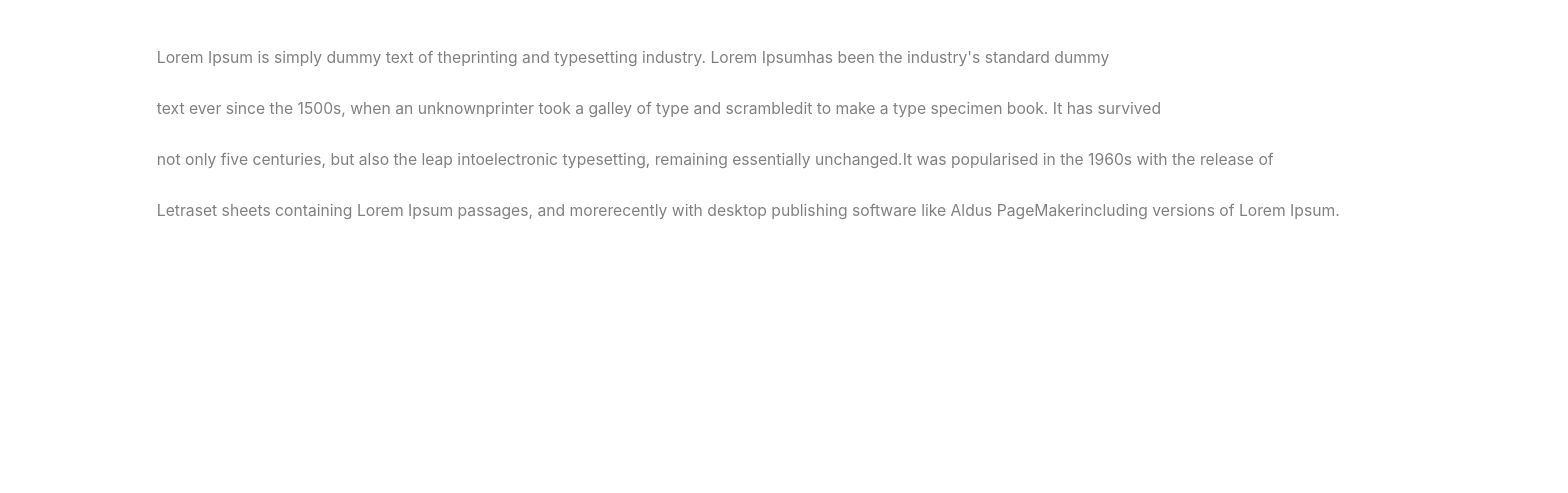
Repository: eg7eg7/Text-Play
Page: /
An editor plug-in stored every save of this project. The page is shown before and after the next save, followed by the edit.
The browser window is 1280 px wide. The page is 1600 px wide, so the pictures cover 1600 px, including what lies to the right of the window. The pictures show the whole page, at 98% of full size.
The project was rebuilt for these pictures with package versions that can differ from the ones it lists, and the page was loaded fresh each time.

Above is the page before, as saved 2021-01-11 23:20:49.

After the next save:
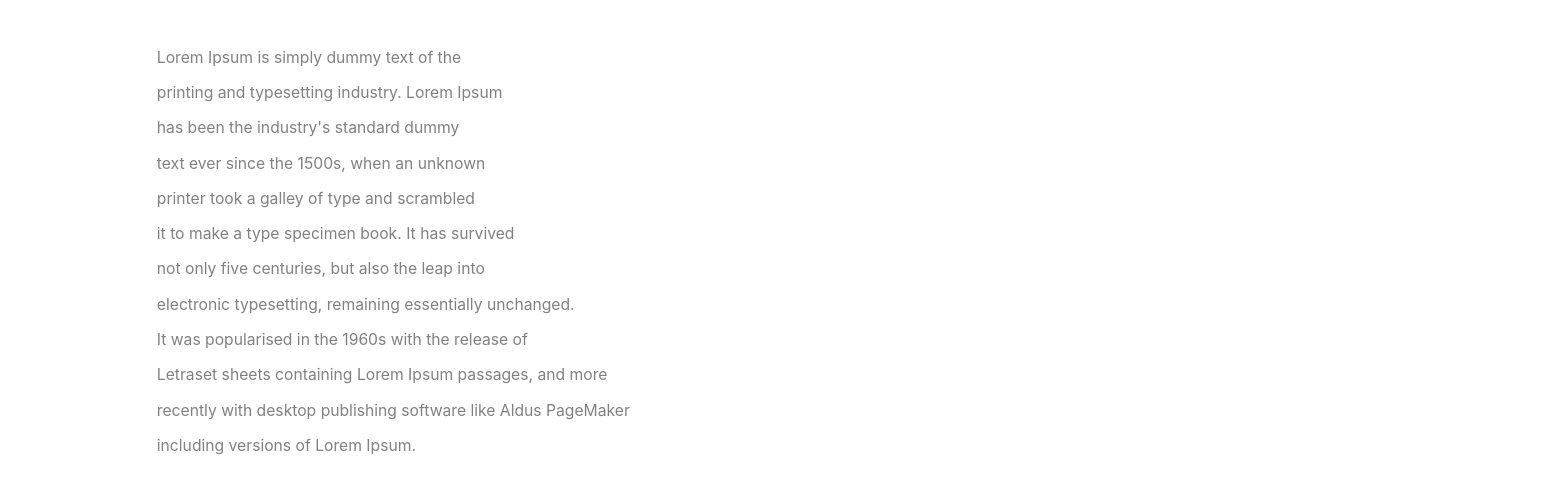
Saved 8 s later.
--- a/src/TextPlay.css
+++ b/src/TextPlay.css
@@ -7,10 +7,10 @@
     color:black;
 }
 
-p {
+/* p {
     /* width:18em; */
     text-align:justify;
-}
+} */
 div.textBlock {
     float: left;
 }

After the save that followed:
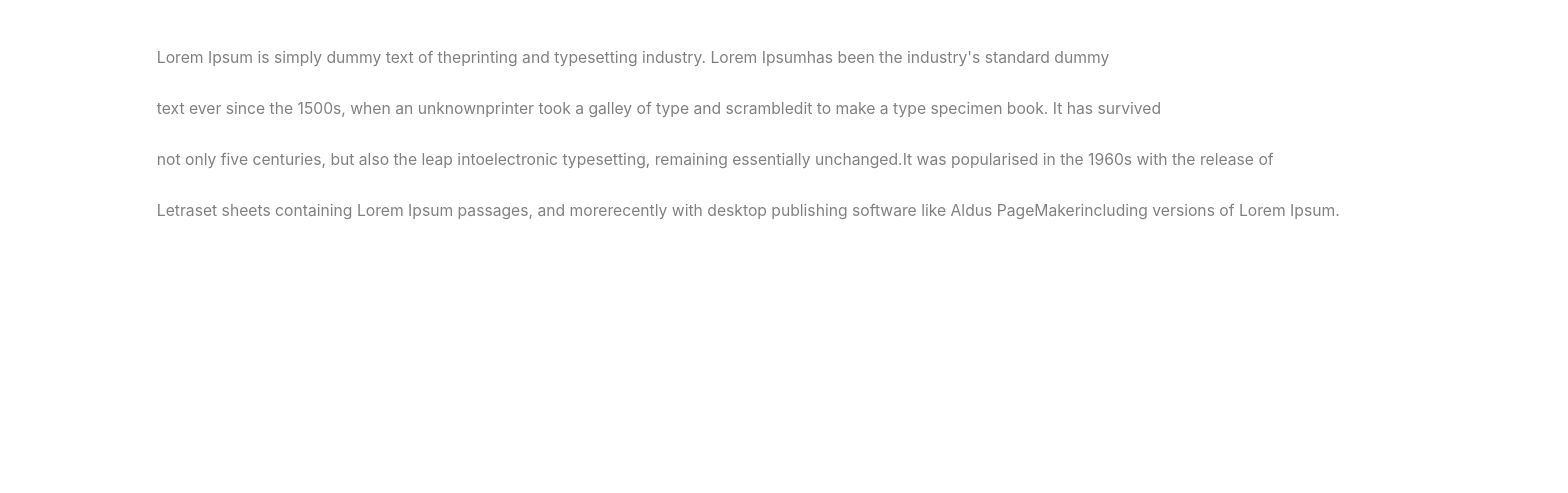
Saved 5 s later.
--- a/src/TextPlay.css
+++ b/src/TextPlay.css
@@ -7,10 +7,6 @@
     color:black;
 }
 
-/* p {
-    /* width:18em; */
-    text-align:justify;
-} */
 div.textBlock {
     float: left;
 }
